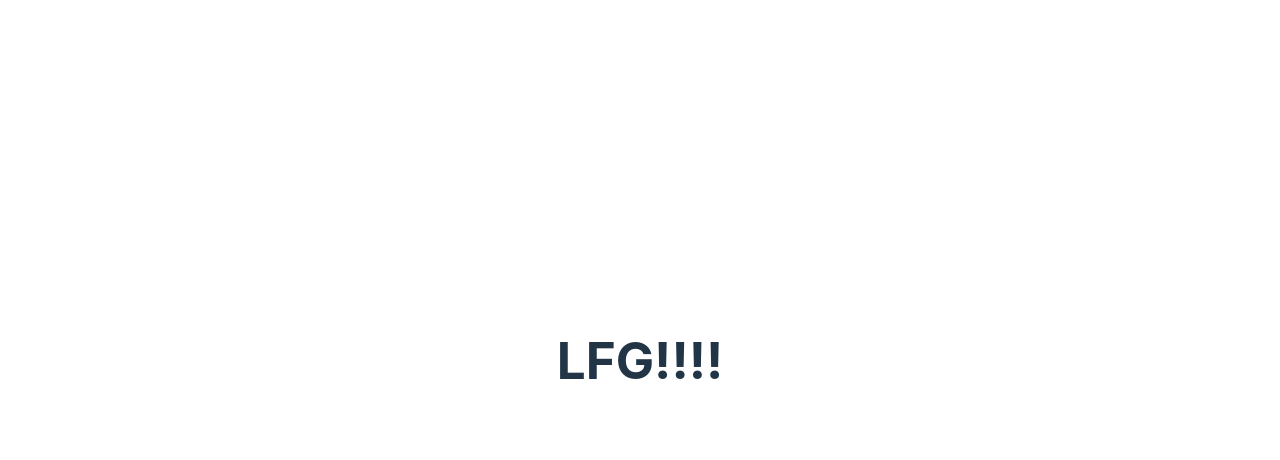
Repository: Vechain-EasyA-Hackathon/VeChain-Hackathon
Page: /
These files come from the project's save history. The page is drawn as it stood at one moment and after the next save; the edit follows.
The browser window is 1280 px wide. The pictures show the whole page.
The project was rebuilt for these pictures with package versions that can differ from the ones it lists, and the page was loaded fresh each time. Also part of the build but not shown: vite.config.js.

Above is the page before, as saved 2023-10-07 13:39:53.

After the next save:
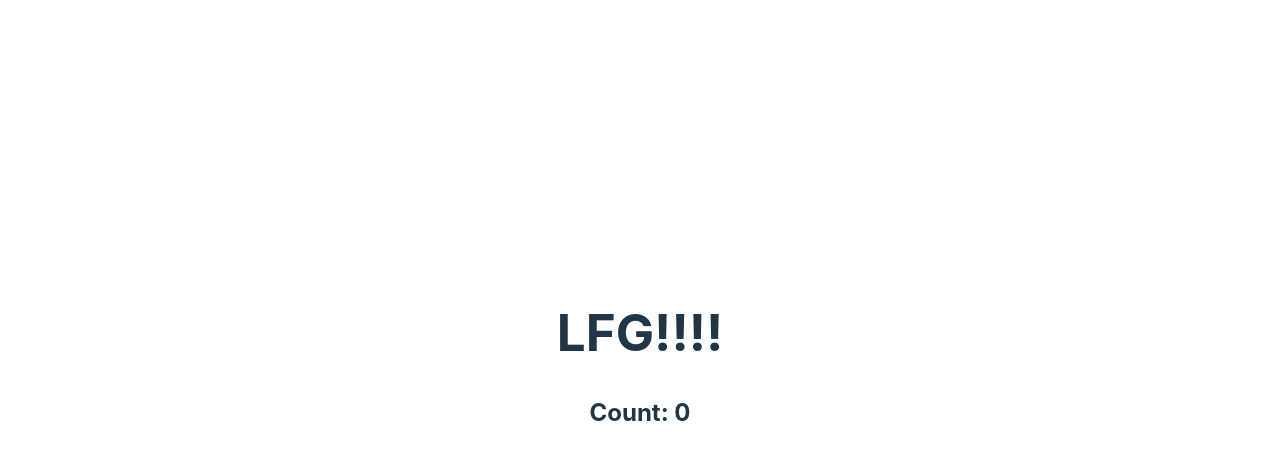
Saved 5 s later.
--- a/src/App.jsx
+++ b/src/App.jsx
@@ -11,6 +11,8 @@ function App() {
 
       <h1>LFG!!!!</h1>
 
+      <h2>Count: {count}</h2>
+
     </div>
 
   )
